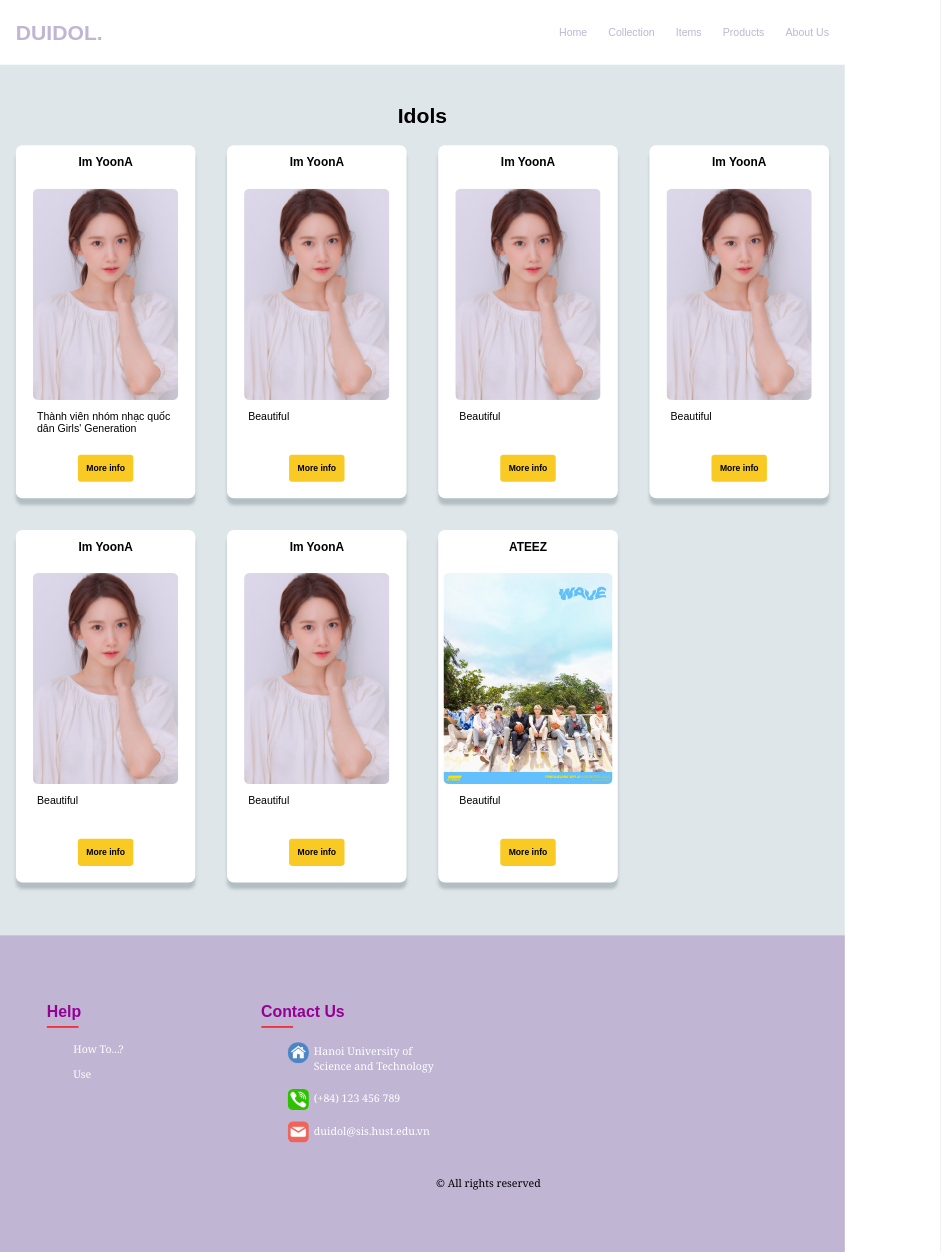
Repository: hangvtt183524/Cong_nghe_Web_va_dich_vu_truc_tuyen_20202
Page: ProjectWeb/src/View/html/idol_list.html
These files come from the project's save history. The page is drawn as it stood at one moment and after the next save; the edit follows.
The browser window is 1280 px wide. The page is 1425 px wide, so the pictures cover 1425 px, including what lies to the right of the window. The pictures show the whole page, at 66% of full size.

Above is the page before, as saved 2021-05-06 15:41:39.

### ProjectWeb/src/View/html/idol_list.html
<html>
	<head>
		<title>Idol List</title>
		<link rel="stylesheet" href="../css/idol_list.css">
		<link rel="stylesheet" href="../css/welcome_page.css">
	</head>
	<body>
		<header>
			<a href="" class="logo">DUIDOL.</a>
            <ul class="navigation">
                <li><a href="">Home</a></li>
                <li><a href="">Collection</a></li>
                <li><a href="">Items</a></li>
                <li><a href="">Products</a></li>
                <li><a href="">About Us</a></li>
            </ul>
		</header>
		<section class="idol-list">
			<div>
				<h1 class="align-center">Idols</h1>
			</div>
			<div class="idol-container">
				<div class="card">
					<div class="name">Im YoonA</div>
					<div class="image">
						<img src="../image/yoona.jpg">
					</div>
					<div class="textblock">
					<div class="text">Thành viên nhóm nhạc quốc dân Girls' Generation</div>
					</div>
					<div>
						<div class="btnblock">
						<a href="../html/info.html" class="info-button">More info</a>
						</div>
					</div>
				</div>



				<div class="card">
					<div class="name">Im YoonA</div>
					<div class="image">
						<img src="../image/yoona.jpg">
					</div>
					<div class="textblock">
					<div class="text">Beautiful</div>
					</div>

					<div>
						<div class="btnblock">
						<a href="../html/info.html" class="info-button">More info</a>
						</div>
					</div>
				</div>



				<div class="card">
					<div class="name">Im YoonA</div>
					<div class="image">
						<img src="../image/yoona.jpg">
					</div>
					<div class="textblock">
					<div class="text">Beautiful</div>
					</div>
					<div>
						<div class="btnblock">
						<a href="../html/info.html" class="info-button">More info</a>
						</div>
					</div>
				</div>

				<div class="card">
					<div class="name">Im YoonA</div>
					<div class="image">
						<img src="../image/yoona.jpg">
					</div>
					<div class="textblock">
					<div class="text">Beautiful</div>
					</div>
					<div>
						<div class="btnblock">
						<a href="../html/info.html" class="info-button">More info</a>
						</div>
					</div>
				</div>

				<div class="card">
					<div class="name">Im YoonA</div>
					<div class="image">
						<img src="../image/yoona.jpg">
					</div>
					<div class="textblock">
					<div class="text">Beautiful</div>
					</div>
					<div>
						<div class="btnblock">
						<a href="../html/info.html" class="info-button">More info</a>
						</div>
					</div>
				</div>

				<div class="card">
					<div class="name">Im YoonA</div>
					<div class="image">
						<img src="../image/yoona.jpg">
					</div>
					<div class="textblock">
					<div class="text">Beautiful</div>
					</div>
					<div>
						<div class="btnblock">
						<a href="../html/info.html" class="info-button">More info</a>
						</div>
					</div>
				</div>

				<div class="card">
					<div class="name">ATEEZ</div>
					<div class="image">
						<img src="../image/ateez-list.jpg">
					</div>
					<div class="textblock">
					<div class="text">Beautiful</div>
					</div>
					<div>
						<div class="btnblock">
						<a href="../html/info.html" class="info-button">More info</a>
						</div>
					</div>
				</div>

			</div>
		</section>
		<footer>
			<div class="container">
				<div class="row">
					<div class="footer-col">
						<h4>Help</h4>
						<ul>
							<li><a href="">How to...?</a>
							<li><a href="">Use</a>
						</ul>
					</div>
					<div class="footer-col">
						<h4>Contact us</h4>
						<ul>
							<li><img src="../image/address_icon.jpg">
							<p>Hanoi University of <br>Science and Technology</p>
							<li><img src="../image/phone_icon.png">
							<p>(+84) 123 456 789</p>
							<li><img src="../image/mail_icon.png">
							<p>duidol@sis.hust.edu.vn</p>
						</ul>
					</div>
				</div>
				<div class="copyrightText"><p>© All rights reserved</p></div>
			</div>
		</footer>

	</body>
</html>

### ProjectWeb/src/View/css/idol_list.css
body {
    font-family: sans-serif;
    margin: 0;
}

.idol-list {
	background-color:#dfe6e9;
	padding-bottom: 5em;
    align-items: center;
    padding-top: 2em;
}

h1 {
	font-size: 2em;
	font-weight: bold;
}
.idol-list .card {
	background-color: white;
	width: 16em;

	margin: auto;
	border-radius: 10px;
	padding: 1em;
	box-shadow: 0px 10px 5px #b2bec3;
	text-align: center;
	font-family: sans-serif;
	max-width: 75%;
	padding-bottom: 30px;
}
.idol-list .card:hover {
	box-shadow: 15px 15px 15px #b2bec3;
	background: #FFEAFF;
}
.card .name {
	font-size: 18px;
	font-weight: bold;
	padding-bottom: 0.7em;
}

.card .image {
	margin-top: 1em;
	width: 100%;
    height: 20em;
    position: relative;
}
.card .image img {
	max-height: 100%;
	border-radius: 0.5em;
	object-fit: cover;
	position: absolute;
	top: 50%;
    transform: translate(-50%, -50%);
}

.card .textblock {
	height: 4em;
	margin-left: 1em;
	margin-right: 1em;
	margin-top: 1em;
	margin-bottom: 0.5em;
}

.card .textblock .text {
	text-align: left;
	font-size: 1rem;
}

.card .btnblock {
	margin-top: 1em;
	margin-bottom: 0.5em;
}

.info-button {
	background-color: #f9ca24;
	color: black;
	border: none;
	padding: 1em;
	border-radius: 5px;
	font-weight: bold;
	font-size: 13px;
	text-decoration: none;
}

.info-button:hover {
	box-shadow: 0px 5px 5px #b2bec3;
	color: #eb4db4;
}

.idol-container {
	display: grid;
	grid-template-columns: repeat(4, 1fr);
	grid-row-gap: 3em;
}

.align-center {
	text-align: center;
}

footer {
	background-color: #c0b5d3;
	padding: 70px 0;
}

footer .container {
	max-width: 1170px;
	margin: auto;
}

.footer-col {
	width: 25%;
	padding: 0 1em;
}
.footer-col h4 {
	font-size: 1.5em;
	color: #950096;
	text-transform: capitalize;
	position: relative;

}

.footer-col h4::before {
	content: '';
	position: absolute;
	left: 0;
	bottom: -10px;
	height: 2px;
	background-color: red;
	box-sizing: border-box;
	width: 2em;
}

.footer-col li {
	display: flex;
	margin-bottom: 0.5em;
}
.footer-col ul li a {
	color: white;
	text-transform: capitalize;
	text-decoration: none;
	font-family: Cambria;
	font-size: 1em;
	margin-bottom: 0.5em;
	display: block;
}


.footer-col ul li a:hover {
	color: #700470;
	padding-left: 1em;

}

.footer-col p {
	margin-top: 0.2em;
	font-size: 1em;
	font-family: Cambria;
	color: white;
}
.footer-col img {
	border-radius: 0.5em;
	max-height: 2em;
	margin-right: 0.5em;
}

ul {
	list-style: none;
}

footer .container .h3 {
	color: white;
}

.container .row {
	display: flex;
	flex-wrap: wrap;
}

.copyrightText {
	width: 100%;
	text-align: center;
	font-family: Cambria;
	padding: 8px 100px;
}

@media only screen and (max-width: 991px){
	.idol-container {
		grid-template-columns: 1fr;
	}
	.card {
        width: 25em;
    }
    .album .image {
        height: 25em;
    }
}

### ProjectWeb/src/View/css/welcome_page.css

body {
    margin: 0;
    font-family: sans-serif;
}
.bg {
    display: grid;
    grid-template-columns: 2fr 1fr;
    background-color: #c0b5d3;
}
.bg2 img {
    width: 100%;
}
.bg1 {
    display: flex;
    justify-content: center;
    align-items: center;
}
.bg1-1 h2 {
    font-size: 5rem;
    line-height: 0.1em;
    font-family: sans-serif;
    color: white;
    position: relative;
    z-index: 1;
}
.bg1-1 h2::before {
    content: ' ';
    position: absolute;
    width: 2.5em;
    height: 0.25em;
    background: #ab91d8;
    bottom: -35;
    z-index: -1;
    margin-left: -0.9em;
}
.bg1-1 p {
    font-size: 3rem;
    color: white;
    position: relative;
    z-index: 1;
}
.bg1-1 p::before {
    content: ' ';
    position: absolute;
    width: 2.5em;
    height: 0.3em;
    background: #ab91d8;
    bottom: 0;
    z-index: -1;
    margin-left: 10em;
}
.bg1-1 p span {
    font-size: 1.5rem;
    display: block;
    font-weight: 500;
}
header {
    background-color: white;
    padding: 1.5em;
    display: flex;
    justify-content: space-between;
    align-items: center;
}
.logo {
    font-weight: bold;
    text-decoration: none;
    font-size: 2em;
    color: #c0b5d3;
}
.navigation {
    display: flex;
    position: relative;
}
.navigation li {
    list-style: none;
    margin-left: 2em;
}
.navigation li a {
    text-decoration: none;
    font-size: 1em;
    color: #c0b5d3;
}

After the next save:
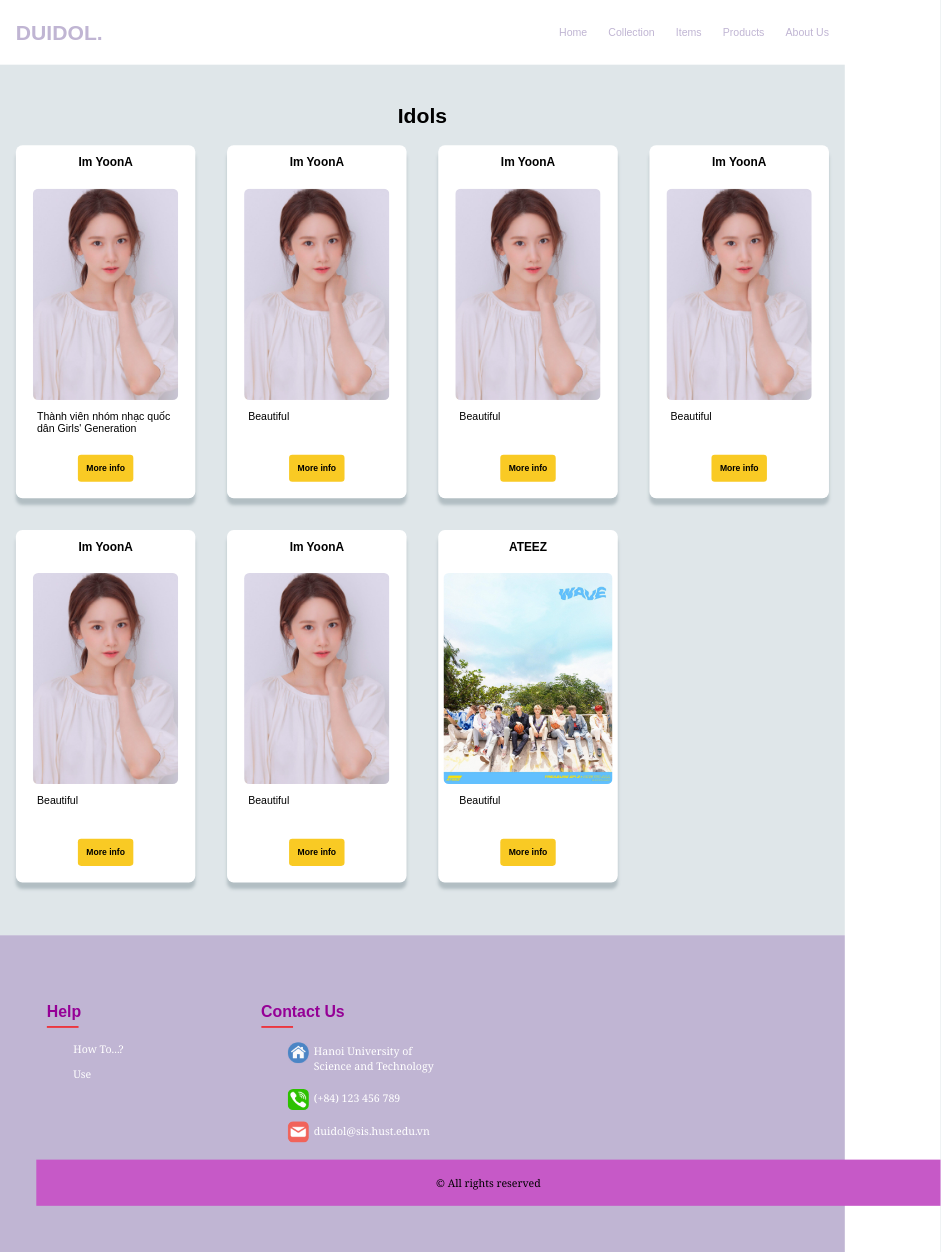
Saved 38 s later.
--- a/ProjectWeb/src/View/css/idol_list.css
+++ b/ProjectWeb/src/View/css/idol_list.css
@@ -177,6 +177,7 @@
 
 .copyrightText {
 	width: 100%;
+	background: #C659C7;
 	text-align: center;
 	font-family: Cambria;
 	padding: 8px 100px;
